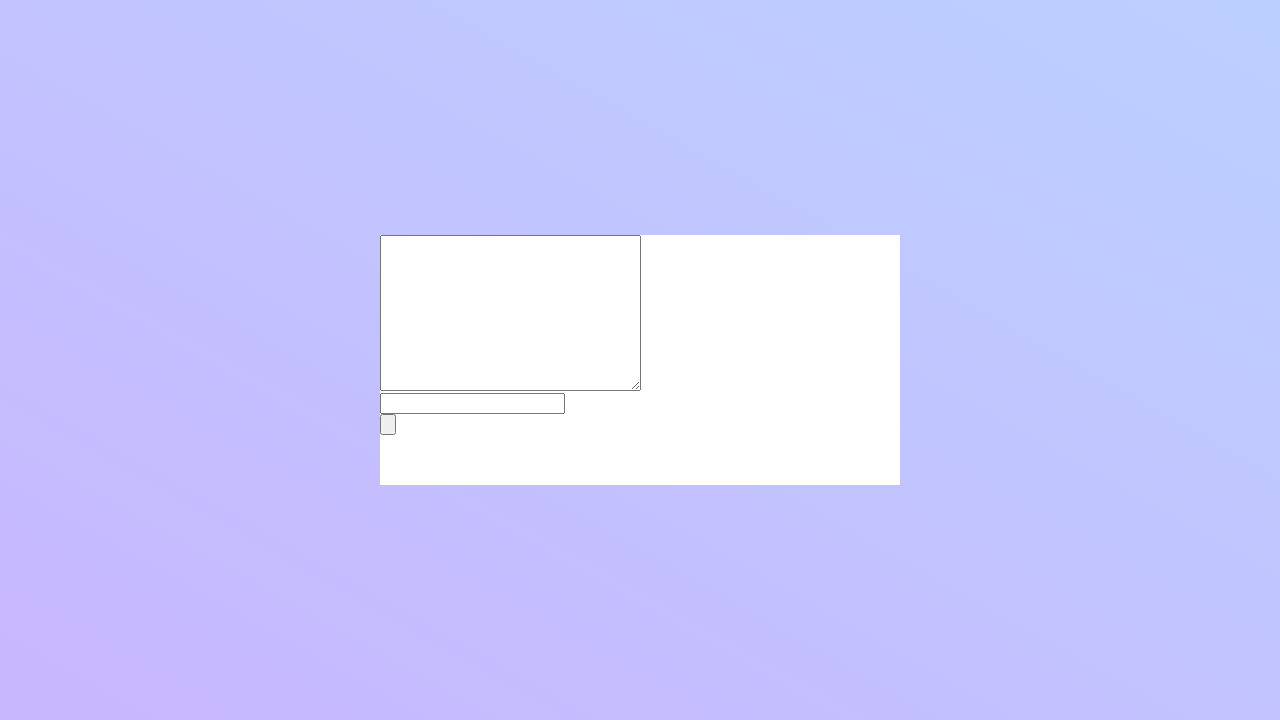
Repository: letrongtinh27/LapTrinhWeb
Page: Lab4.4/index.html
The author's editor kept a copy of each file at every save. The page is drawn from the files as they stood at one save, then again after the next save.
The browser window is 1280 px wide. The pictures show the whole page.

Above is the page before, as saved 2022-10-14 12:24:14.

### Lab4.4/index.html
<!DOCTYPE html>
<html lang="en">
<head>
    <meta charset="UTF-8">
    <meta http-equiv="X-UA-Compatible" content="IE=edge">
    <meta name="viewport" content="width=device-width, initial-scale=1.0">
    <title>Document</title>
    <link rel="stylesheet" href="./reset.css">
    <link rel="stylesheet" href="style.css">
</head>
<body>
    <div class="container">
        <div class="text-area">
            <textarea name="" id="" cols="30" rows="10"></textarea>
        </div>
        <div class="text-field">
            <input type="text">
        </div>
        <div class="btn-input"><input type="button" value=""></div>
    </div>


    <script src="./main.js"></script>
</body>
</html>

### Lab4.4/style.css
body {
    font-family: 'Open Sans',sans-serif;
    width: 100%;
    height: 100vh;
    background-image: linear-gradient(to right top, #c8b6ff,#bbd0ff);
    display: flex;
    justify-content: center;
    align-items: center;
}

.container {
    width: 100%;
    max-width: 520px;
    height: 250px;
    background-color: #fff  ;
}
.text-area{
    width: 100%;
    border-radius: 5px;
}
.text-field{

}
.btn-input{

}

Loaded but not shown: Lab4.4/reset.css (common file); Lab4.4/main.js (no stored copy; drawn as an empty file)

After the next save:
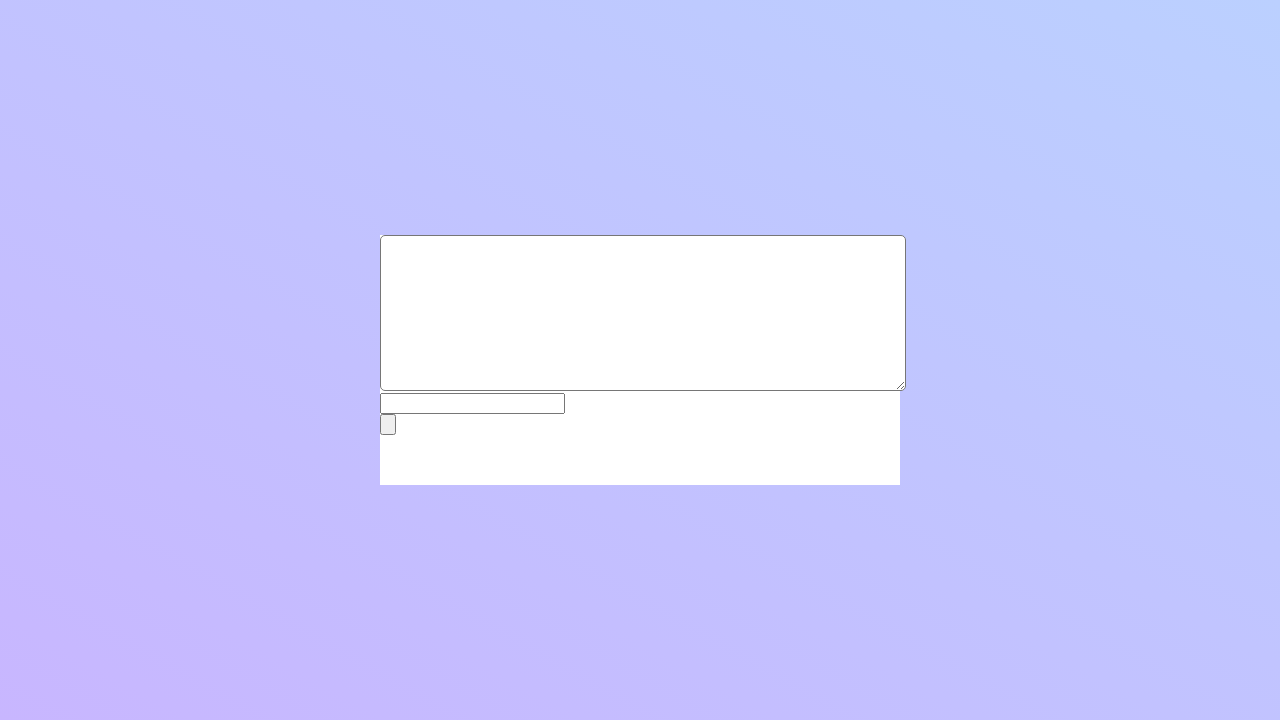
Saved 12 s later.
--- a/Lab4.4/style.css
+++ b/Lab4.4/style.css
@@ -14,7 +14,7 @@ body {
     height: 250px;
     background-color: #fff  ;
 }
-.text-area{
+.text-area > textarea{
     width: 100%;
     border-radius: 5px;
 }
